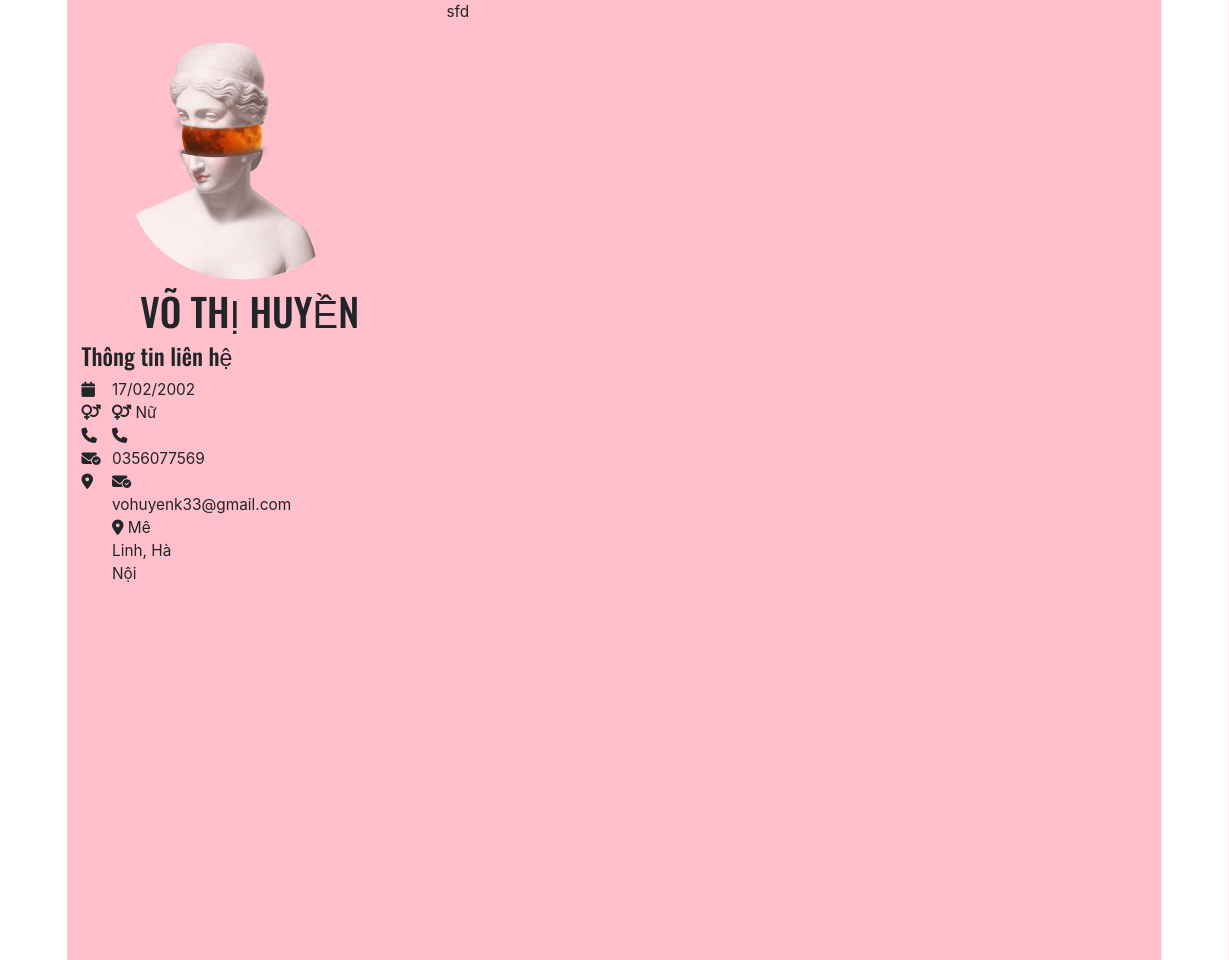
Repository: huyennvo/CSS
Page: CV/index.html
These files come from the project's save history. The page is drawn as it stood at one moment and after the next save; the edit follows.
The browser window is 1280 px wide. The pictures show the whole page, at 96% of full size.
Some web libraries are served in a nearby version.

Above is the page before, as saved 2022-07-18 15:10:28.

After the next save:
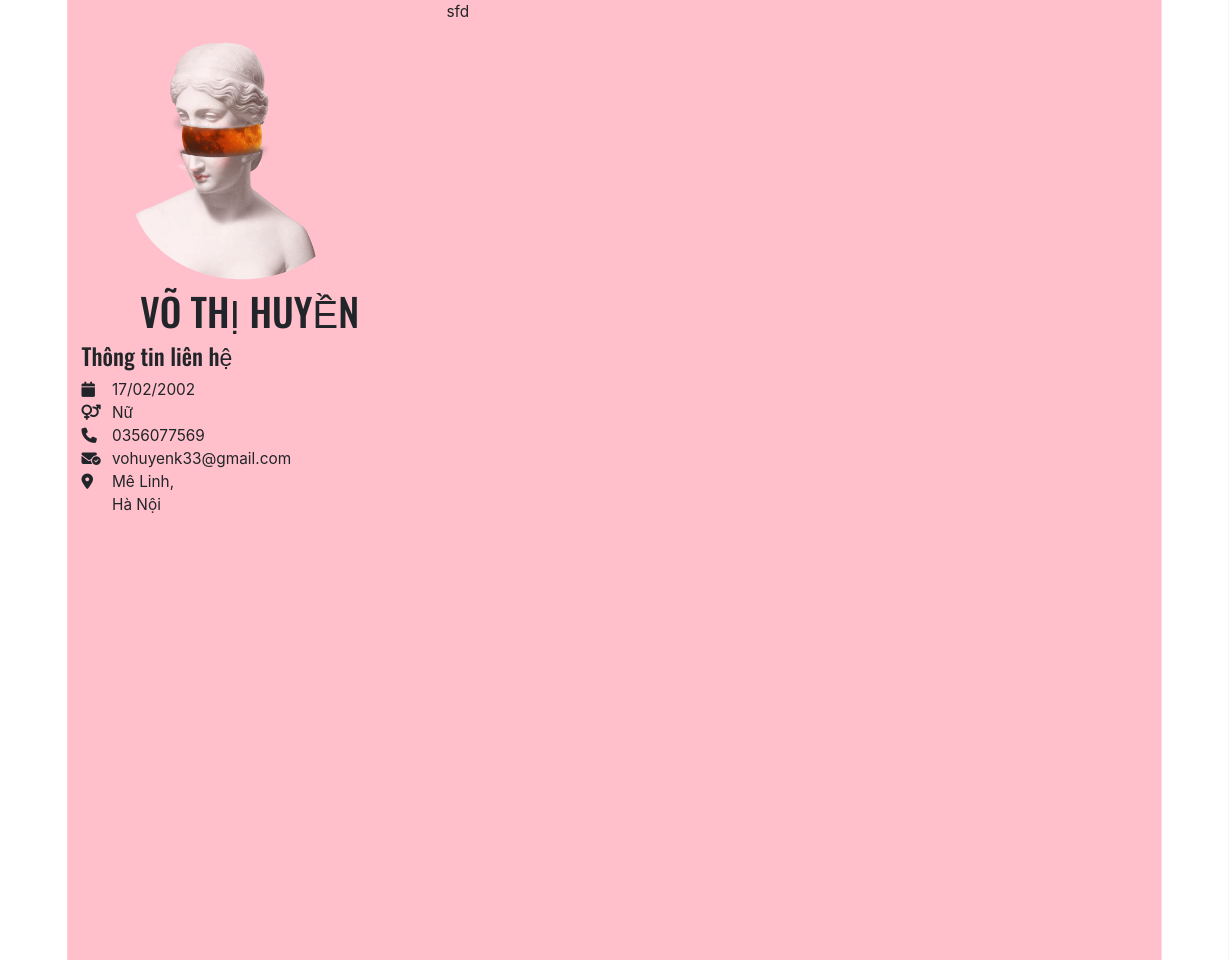
Saved 17 s later.
--- a/CV/index.html
+++ b/CV/index.html
@@ -35,16 +35,16 @@
                     <div class="left col-sm-3">
                             17/02/2002
                             <br>
-                            <i class="fa-solid fa-venus-mars"></i>
+
                             Nữ
                             <br>
-                            <i class="fa-solid fa-phone"></i>
+
                             0356077569
                             <br>
-                            <i class="fa-solid fa-envelope-circle-check"></i>
+
                             vohuyenk33@gmail.com
                             <br>
-                            <i class="fa-solid fa-location-dot"></i>
+
                             Mê Linh, Hà Nội
                             <br>
                     </div>
